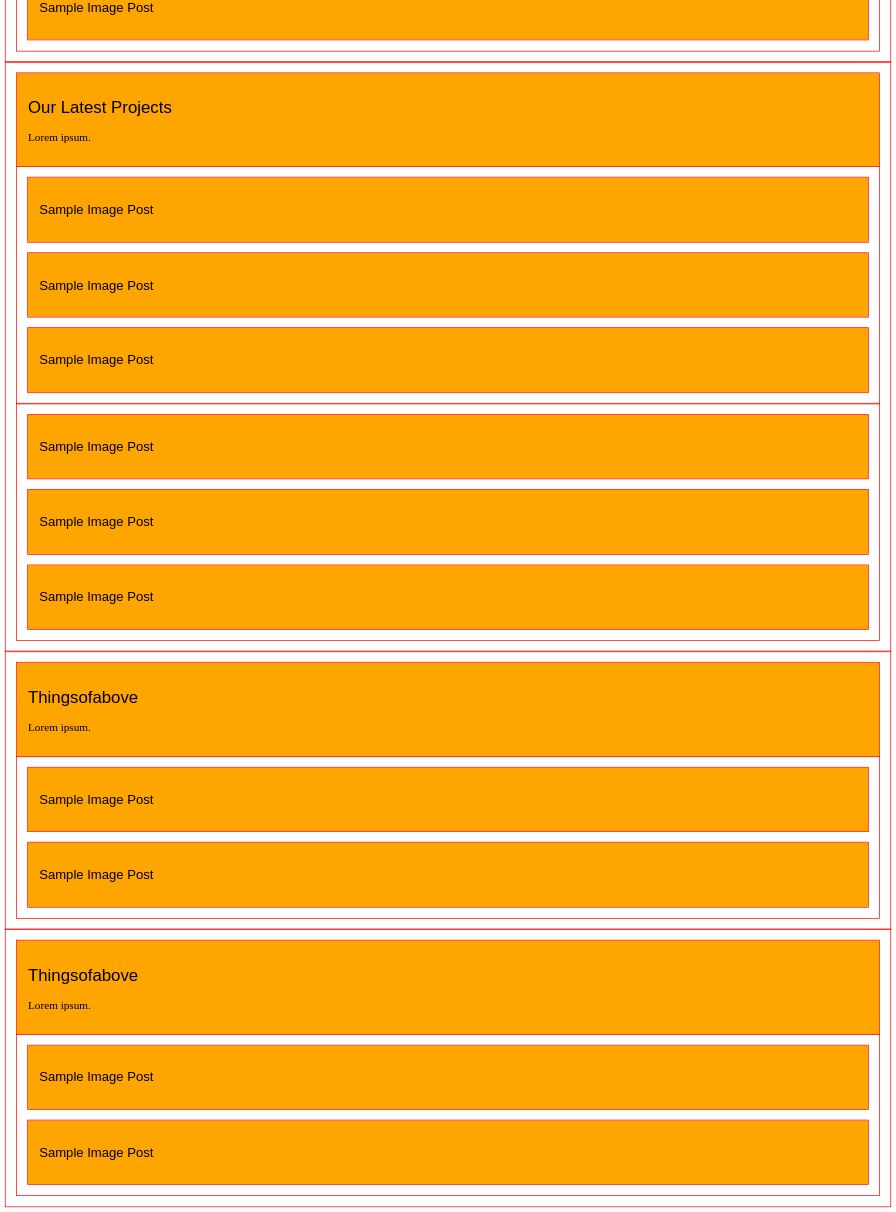
Repository: pjiang604/mdia2003-lab03b
Page: index.html
These files come from the project's save history. The page is drawn as it stood at one moment and after the next save; the edit follows.
The browser window is 1280 px wide. The pictures show the part of the page from y = 1182 to 3102 px (the page is 2913 px tall before and 3102 px after), at 70% of full size.

Above is the page before, as saved 2023-01-24 00:09:50.

### index.html
<!DOCTYPE html>
<html lang="en">

<head>
    <meta charset="UTF-8">
    <meta http-equiv="X-UA-Compatible" content="IE=edge">
    <meta name="viewport" content="width=device-width, initial-scale=1.0">
    <title>Document</title>
    <link rel="stylesheet" href="style.css">
    <link rel="preconnect" href="https://fonts.google.com/specimen/Ubuntu?query=ubuntu">
</head>

<body>
    <nav>
        <img src="" alt="logo" class="logo">
        <a href="/">Home</a>
        <a href="/">Pages</a>
        <a href="/">Blog</a>
        <a href="/">Portfolio</a>
        <a href="/">Email</a>
    </nav>
    <div class="carousel">

    </div>
    <h1>Hey guys! This is the Metrolics theme. It sports a responsive layout with a mobile layout.</h1>
    <div class="topRow">
        <div class="col">
            <h2>Things That We Do</h2>
            <p>Lorem ipsum.</p>
        </div>
        <div class="row m-col-2">
            <div class="col">
                <h3>Web Solutions</h3>
            </div>
            <div class="col">
                <h3>Photography</h3>
            </div>
            <div class="col">
                <h3>Web Development</h3>
            </div>
            <div class="col">
                <h3>Web Design</h3>
            </div>
        </div>
    </div>
    <div class="secondRow">
        <div class="col">
            <h2>What's up Lately?</h2>
            <p>Lorem ipsum.</p>
        </div>
        <div class="row m-col-3">
            <div class="col">
                <h3>Sample Image Post</h3>
            </div>
            <div class="col">
                <h3>Sample Image Post</h3>
            </div>
            <div class="col">
                <h3>Sample Image Post</h3>
            </div>
        </div>
    </div>
    <div class="thirdRow">
        <div class="col">
            <h2>Our Latest Projects</h2>
            <p>Lorem ipsum.</p>
        </div>
        <div class="row m-col-3">
            <div class="col">
                <h3>Sample Image Post</h3>
            </div>
            <div class="col">
                <h3>Sample Image Post</h3>
            </div>
            <div class="col">
                <h3>Sample Image Post</h3>
            </div>
        </div>
        <div class="row m-col-3">
            <div class="col">
                <h3>Sample Image Post</h3>
            </div>
            <div class="col">
                <h3>Sample Image Post</h3>
            </div>
            <div class="col">
                <h3>Sample Image Post</h3>
            </div>
        </div>
    </div>
    <div class="fourthRow">
        <div class="col">
            <h2>Thingsofabove</h2>
            <p>Lorem ipsum.</p>
        </div>
        <div class="row m-col-3">
            <div class="col">
                <h3>Sample Image Post</h3>
            </div>
            <div class="col">
                <h3>Sample Image Post</h3>
            </div>
        </div>
    </div>
    <div class="companies">
        <div class="col">
            <h2>Thingsofabove</h2>
            <p>Lorem ipsum.</p>
        </div>
        <div class="row m-col-3">
            <div class="col">
                <h3>Sample Image Post</h3>
            </div>
            <div class="col">
                <h3>Sample Image Post</h3>
            </div>
        </div>
    </div>
    <footer>

    </footer>
</body>

</html>

### style.css
div {
    outline: 1px solid red;
    min-height: 1rem;
    padding: 1rem;
}

h1,
h2,
h3,
h4,
h5,
h6 {
    font-family: Ubuntu, sans-serif;
    font-weight:300;
}

.row {
    display:grid;
    row-gap: 1rem;
}

.col {
    position:relative;
    background-color: orange;
}


/** small/mobile version */
@media screen and (max-width:39.9375em) {
    .m-col-2 {
        grid-template-columns: 1fr 1fr;
    }

}

/** medium and up. applicable for both tablet and mobile version */
@media screen and (max-width:40em) {
    .row {
        max-width: 70em;
        column-gap: 1.5rem;
        row-gap: 1.5rem;
        margin: 0 auto;
    }

    .m-col-2 {
        grid-template-columns: 4fr;
    }

    .m-col-3 {
        grid-template-columns: repeat(4fr);
    }
}

/** medium only */
@media screen and (min-width:40em) and (max-width:63.9375em) {

}

/** large only */
@media screen and (min-width:64em) {

}

After the next save:
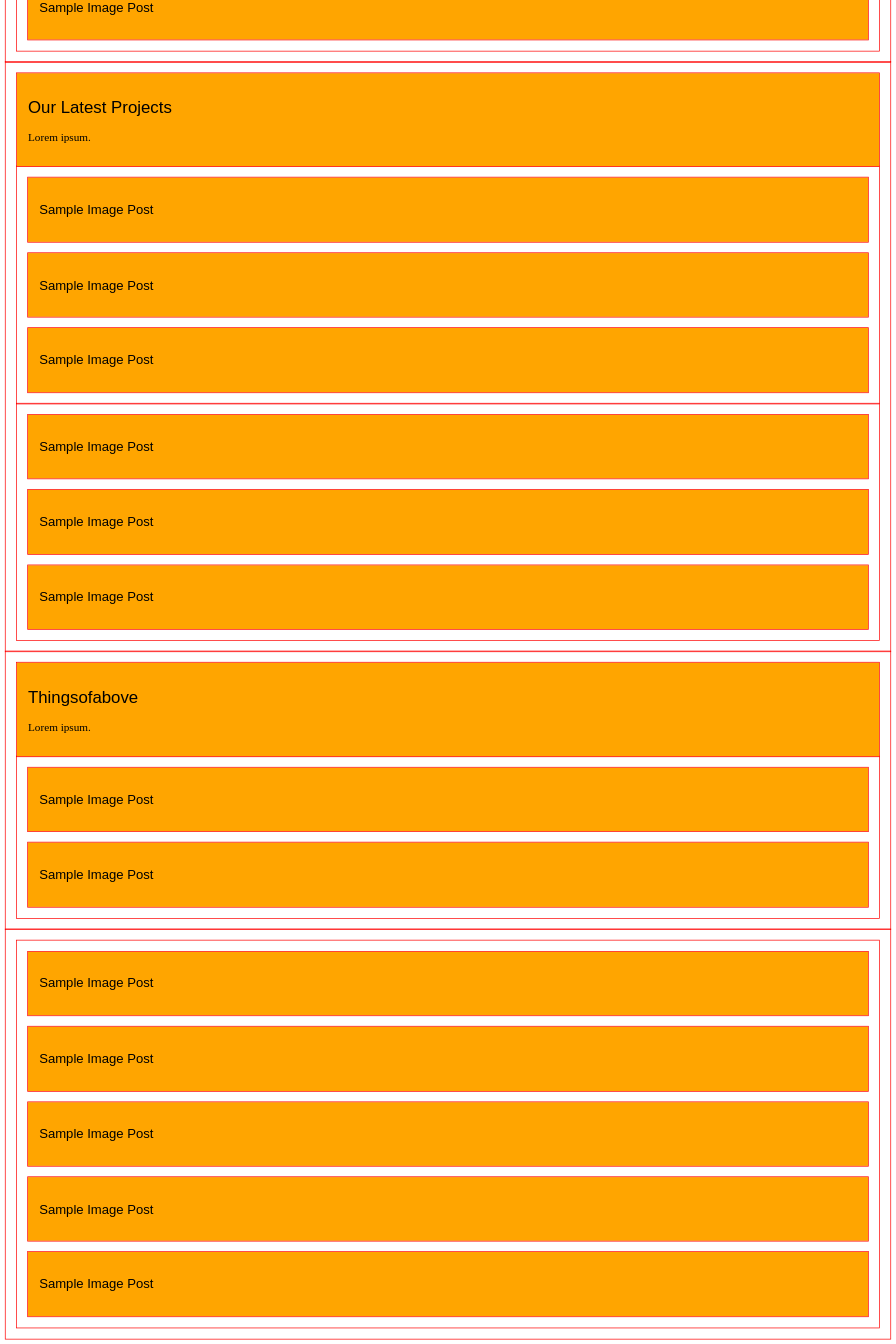
Saved 14 s later.
--- a/index.html
+++ b/index.html
@@ -103,11 +103,16 @@
         </div>
     </div>
     <div class="companies">
-        <div class="col">
-            <h2>Thingsofabove</h2>
-            <p>Lorem ipsum.</p>
-        </div>
         <div class="row m-col-3">
+            <div class="col">
+                <h3>Sample Image Post</h3>
+            </div>
+            <div class="col">
+                <h3>Sample Image Post</h3>
+            </div>
+            <div class="col">
+                <h3>Sample Image Post</h3>
+            </div>
             <div class="col">
                 <h3>Sample Image Post</h3>
             </div>
